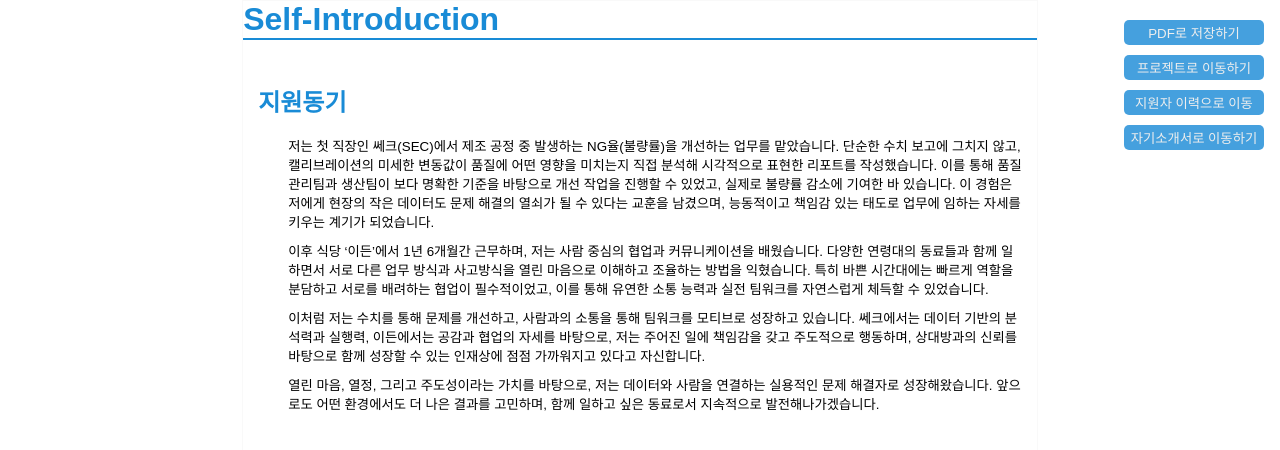
Repository: DooBae-KR/MySelf
Page: /myIntro
The author's editor kept a copy of each file at every save. The page is drawn from the files as they stood at one save, then again after the next save.
The browser window is 1280 px wide. The pictures show the whole page.
The project was rebuilt for these pictures with package versions that can differ from the ones it lists, and the page was loaded fresh each time. Also part of the build but not shown: src/data/ProjectData.js, src/pages/Project.js, src/data/MyInform.js, src/pages/Myself.js, src/pages/PageAll.js.

Above is the page before, as saved 2025-07-24 19:57:28.

After the next save:
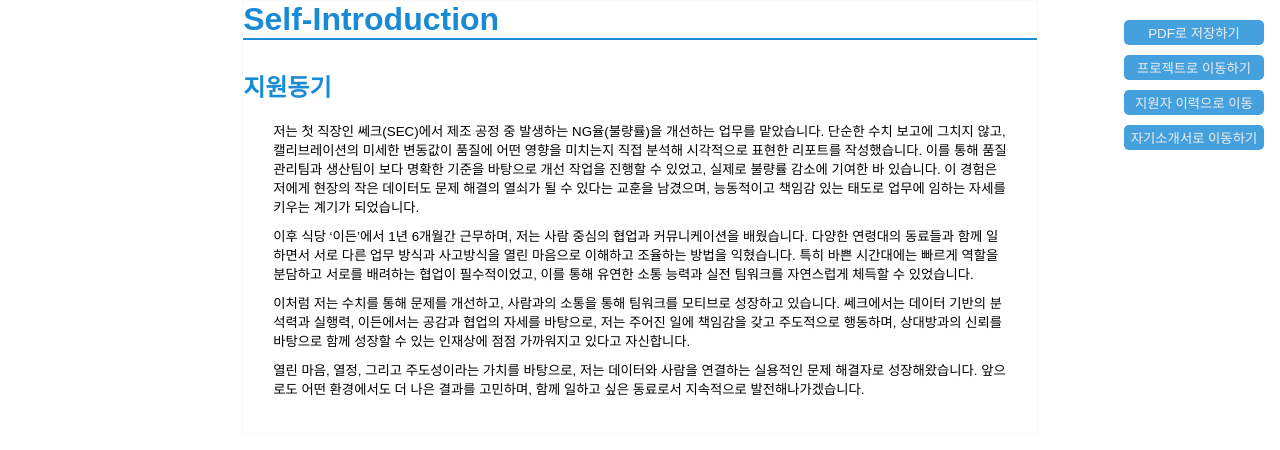
Saved 15 s later.
--- a/src/styles/header.css
+++ b/src/styles/header.css
@@ -151,7 +151,7 @@
         margin-bottom: 10px;
     }
     .work-item.intro{
-        padding: 15px;
+        padding-right: 30px;
     }
 
     .work-item strong{
